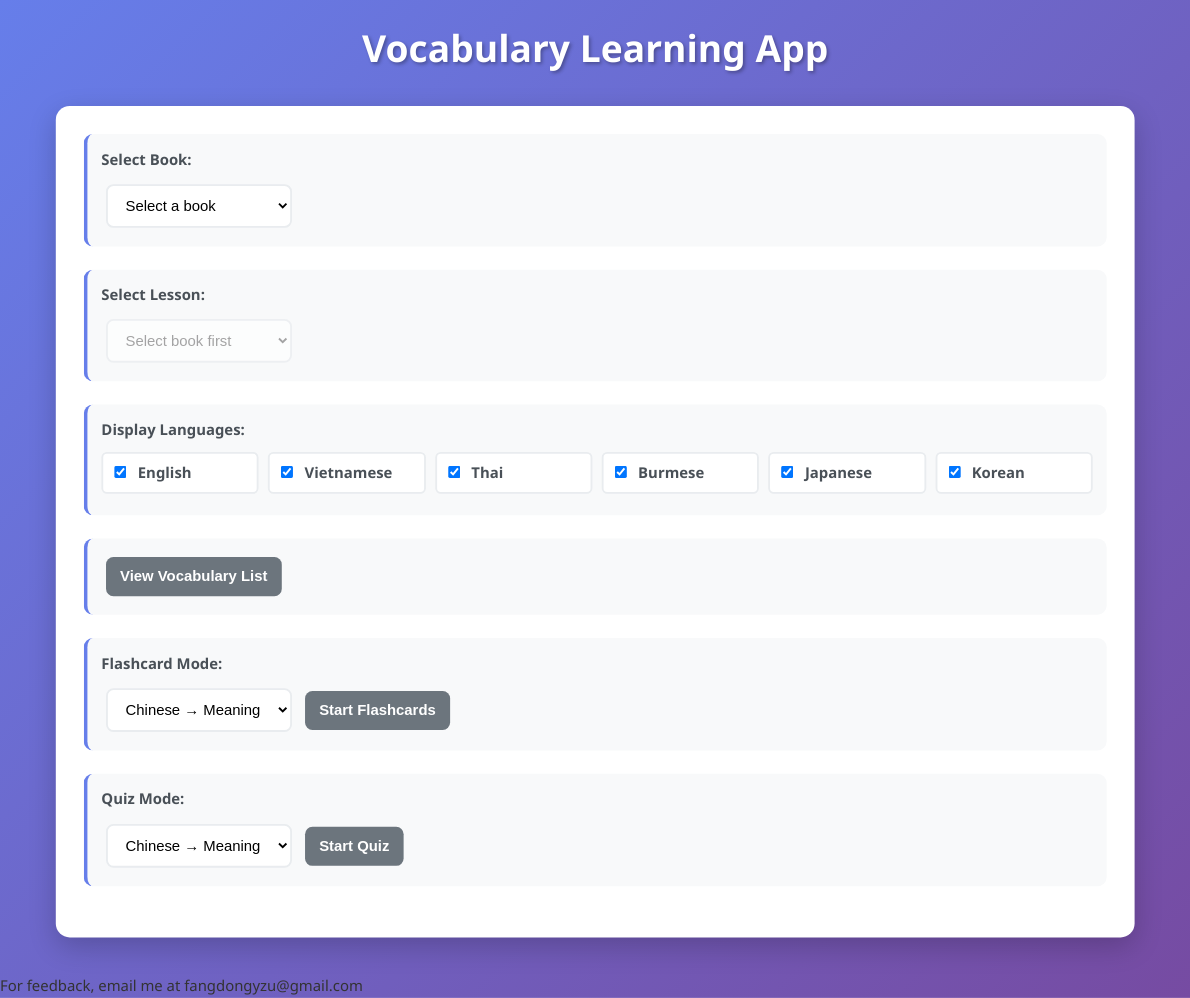
Repository: fangdongyzu/dangdaiflashcards
Page: index.html
These files come from the project's save history. The page is drawn as it stood at one moment and after the next save; the edit follows.
The browser window is 1280 px wide. The pictures show the whole page, at 93% of full size.

Above is the page before, as saved 2025-11-28 09:53:35.

### index.html
<!DOCTYPE html>
<html lang="en">
<head>
    <meta charset="UTF-8">
    <meta name="viewport" content="width=device-width, initial-scale=1.0">
    <title>Vocabulary Learning App</title>
    <link rel="stylesheet" href="style.css">
</head>
<body>
    <div class="container">
        <header>
            <h1>Vocabulary Learning App</h1>
        </header>

        <div id="control-panel">
            <!-- Book and Lesson Selection -->
            <div class="control-group">
                <label for="book-select">Select Book:</label>
                <select id="book-select">
                    <option value="">Select a book</option>
                    <option value="B1">Book 1</option>
                    <option value="B2">Book 2</option>
                    <option value="B3">Book 3</option>
                    <option value="B4">Book 4</option>
                    <option value="B5">Book 5</option>
                    <option value="B6">Book 6</option>
                </select>
            </div>

            <div class="control-group">
                <label for="lesson-select">Select Lesson:</label>
                <select id="lesson-select" disabled>
                    <option value="">Select book first</option>
                </select>
            </div>

            <!-- Language Selection -->
            <div class="control-group">
                <label>Display Languages:</label>
                <div class="language-selection">
                    <label class="checkbox-label">
                        <input type="checkbox" name="language" value="english" checked> English
                    </label>
                    <label class="checkbox-label">
                        <input type="checkbox" name="language" value="vietnamese" checked> Vietnamese
                    </label>
                    <label class="checkbox-label">
                        <input type="checkbox" name="language" value="thai" checked> Thai
                    </label>
                    <label class="checkbox-label">
                        <input type="checkbox" name="language" value="burmese" checked> Burmese
                    </label>
                    <label class="checkbox-label">
                        <input type="checkbox" name="language" value="japanese" checked> Japanese
                    </label>
                    <label class="checkbox-label">
                        <input type="checkbox" name="language" value="korean" checked> Korean
                    </label>
                </div>
            </div>

            <!-- Study Controls -->
            <div class="control-group">
                <button id="view-list-btn" disabled>View Vocabulary List</button>
            </div>

            <div class="control-group">
                <label for="flashcard-mode">Flashcard Mode:</label>
                <select id="flashcard-mode">
                    <option value="chinese-meaning">Chinese → Meaning</option>
                    <option value="meaning-chinese">Meaning → Chinese</option>
                    <option value="pinyin-chinese">Pinyin → Chinese</option>
                </select>
                <button id="start-flashcards-btn" disabled>Start Flashcards</button>
            </div>

            <div class="control-group">
                <label for="quiz-mode">Quiz Mode:</label>
                <select id="quiz-mode">
                    <option value="chinese-meaning">Chinese → Meaning</option>
                    <option value="meaning-chinese">Meaning → Chinese</option>
                    <option value="chinese-pinyin">Chinese → Pinyin</option>
                    <option value="pinyin-chinese">Pinyin → Chinese</option>
                </select>
                <button id="start-quiz-btn" disabled>Start Quiz</button>
            </div>
        </div>

        <!-- Study Area -->
        <div id="study-area" class="hidden">
            <!-- Vocabulary List View -->
            <div id="list-view" class="hidden">
                <div class="study-header">
                    <h2>Vocabulary List - Lesson <span id="current-lesson-display"></span></h2>
                    <button class="exit-btn">← Back to Controls</button>
                </div>
                <div class="table-container">
                    <table id="vocab-table">
                        <thead>
                            <tr>
                                <th>Chinese</th>
                                <th>Pinyin</th>
                                <th>Translations</th>
                            </tr>
                        </thead>
                        <tbody id="vocab-table-body"></tbody>
                    </table>
                </div>
            </div>

            <!-- Flashcard View -->
            <div id="flashcard-view" class="hidden">
                <div class="study-header">
                    <h2>Flashcards - Lesson <span id="fc-lesson-display"></span></h2>
                    <button class="exit-btn">← Back to Controls</button>
                </div>

                <div class="flashcard-container">
                    <div class="progress-bar">
                        <div id="flashcard-progress" class="progress-fill"></div>
                    </div>
                    <div class="progress-text" id="fc-progress">0/0</div>

                    <div id="flashcard" class="flashcard">
                        <div class="card-face card-front">
                            <div id="card-front-content"></div>
                        </div>
                        <div class="card-face card-back">
                            <div id="card-back-content"></div>
                        </div>
                    </div>

                    <div class="flashcard-controls">
                        <button id="prev-btn">Previous</button>
                        <button id="next-btn">Next</button>
                    </div>
                </div>
            </div>

            <!-- Quiz View -->
            <div id="quiz-view" class="hidden">
                <div class="study-header">
                    <h2>Quiz - Lesson <span id="quiz-lesson-display"></span></h2>
                    <button class="exit-btn">← Back to Controls</button>
                </div>

                <div class="quiz-container">
                    <div class="quiz-progress">
                        <div class="progress-bar">
                            <div id="quiz-progress" class="progress-fill"></div>
                        </div>
                    </div>

                    <div class="quiz-stats">
                        <div class="score">Score: <span id="quiz-score">0</span></div>
                    </div>

                    <div class="question-area">
                        <div id="quiz-question" class="question"></div>
                    </div>

                    <div id="quiz-options" class="options-grid"></div>

                    <div id="quiz-feedback" class="feedback"></div>

                    <button id="next-question-btn" class="hidden">Next Question</button>

                    <div id="quiz-result" class="result hidden">
                        <h3>Quiz Complete!</h3>
                        <div id="final-score" class="final-score"></div>
                        <button id="retry-quiz-btn">Try Again</button>
                    </div>
                </div>
            </div>
        </div>
    </div>

    <script src="script.js"></script>
</body>
<footer>
    For feedback, email me at fangdongyzu@gmail.com
</footer>
</html>

### style.css
* {
    margin: 0;
    padding: 0;
    box-sizing: border-box;
}

body {
    font-family: 'Segoe UI', Tahoma, Geneva, Verdana, sans-serif;
    line-height: 1.6;
    color: #333;
    background: linear-gradient(135deg, #667eea 0%, #764ba2 100%);
    min-height: 100vh;
}

.container {
    max-width: 1200px;
    margin: 0 auto;
    padding: 20px;
}

header {
    text-align: center;
    margin-bottom: 30px;
}

header h1 {
    color: white;
    font-size: 2.5rem;
    text-shadow: 2px 2px 4px rgba(0,0,0,0.3);
}

/* Control Panel */
#control-panel {
    background: white;
    border-radius: 15px;
    padding: 30px;
    box-shadow: 0 10px 30px rgba(0,0,0,0.2);
    margin-bottom: 20px;
}

.control-group {
    margin-bottom: 25px;
    padding: 15px;
    background: #f8f9fa;
    border-radius: 10px;
    border-left: 4px solid #667eea;
}

.control-group label {
    display: block;
    margin-bottom: 8px;
    font-weight: 600;
    color: #495057;
}

select, button {
    padding: 12px 15px;
    border: 2px solid #e9ecef;
    border-radius: 8px;
    font-size: 1rem;
    margin: 5px;
    transition: all 0.3s ease;
}

select {
    background: white;
    min-width: 200px;
}

button {
    background: #667eea;
    color: white;
    border: none;
    cursor: pointer;
    font-weight: 600;
}

button:hover:not(:disabled) {
    background: #5a6fd8;
    transform: translateY(-2px);
    box-shadow: 0 5px 15px rgba(0,0,0,0.2);
}

button:disabled {
    background: #6c757d;
    cursor: not-allowed;
    transform: none;
    box-shadow: none;
}

/* Language Selection */
.language-selection {
    display: grid;
    grid-template-columns: repeat(auto-fit, minmax(120px, 1fr));
    gap: 10px;
    margin-top: 10px;
}

.checkbox-label {
    display: flex;
    align-items: center;
    padding: 8px 12px;
    background: white;
    border-radius: 6px;
    border: 2px solid #e9ecef;
    cursor: pointer;
    transition: all 0.3s ease;
}

.checkbox-label:hover {
    border-color: #667eea;
    background: #f8f9ff;
}

.checkbox-label input {
    margin-right: 8px;
}

/* Study Area */
#study-area {
    background: white;
    border-radius: 15px;
    padding: 30px;
    box-shadow: 0 10px 30px rgba(0,0,0,0.2);
}

.study-header {
    display: flex;
    justify-content: space-between;
    align-items: center;
    margin-bottom: 30px;
    padding-bottom: 15px;
    border-bottom: 2px solid #e9ecef;
}

.study-header h2 {
    color: #495057;
    flex: 1;
}

.exit-btn {
    background: #6c757d;
}

.exit-btn:hover {
    background: #5a6268;
}

/* Hidden utility */
.hidden {
    display: none !important;
}

/* Vocabulary List */
.table-container {
    overflow-x: auto;
}

#vocab-table {
    width: 100%;
    border-collapse: collapse;
    background: white;
    border-radius: 10px;
    overflow: hidden;
    box-shadow: 0 5px 15px rgba(0,0,0,0.1);
}

#vocab-table th {
    background: #667eea;
    color: white;
    padding: 15px;
    text-align: left;
    font-weight: 600;
}

#vocab-table td {
    padding: 12px 15px;
    border-bottom: 1px solid #e9ecef;
}

#vocab-table tr:hover {
    background: #f8f9ff;
}

.chinese-cell {
    font-family: 'Microsoft YaHei', 'SimHei', sans-serif;
}

/* Flashcards - UPDATED FOR TOP-DOWN FLIP */
.flashcard-container {
    max-width: 500px;
    margin: 0 auto;
    text-align: center;
}

.progress-bar {
    width: 100%;
    height: 8px;
    background: #e9ecef;
    border-radius: 4px;
    margin-bottom: 10px;
    overflow: hidden;
}

.progress-fill {
    height: 100%;
    background: #28a745;
    transition: width 0.3s ease;
}

.progress-text {
    margin-bottom: 30px;
    color: #6c757d;
    font-weight: 600;
}

.flashcard {
    width: 100%;
    height: 300px;
    perspective: 1000px;
    margin: 0 auto 30px;
    cursor: pointer;
}

.card-face {
    position: absolute;
    width: 100%;
    height: 100%;
    backface-visibility: hidden;
    border-radius: 15px;
    padding: 30px;
    display: flex;
    align-items: center;
    justify-content: center;
    box-shadow: 0 10px 30px rgba(0,0,0,0.1);
    transition: transform 0.6s ease;
}

.card-front {
    background: linear-gradient(135deg, #667eea 0%, #764ba2 100%);
    color: white;
    transform: rotateX(0deg);
}

.card-back {
    background: white;
    color: #333;
    transform: rotateX(180deg);
    border: 3px solid #667eea;
}

/* Changed from rotateY to rotateX for top-down flip */
.flashcard.flipped .card-front {
    transform: rotateX(180deg);
}

.flashcard.flipped .card-back {
    transform: rotateX(0deg);
}

.chinese-text {
    font-size: 3rem;
    font-weight: bold;
    font-family: 'Microsoft YaHei', 'SimHei', sans-serif;
}

.pinyin-text {
    font-size: 2rem;
    color: #666;
    margin-bottom: 20px;
}

.meaning-grid {
    display: grid;
    grid-template-columns: 1fr;
    gap: 10px;
    text-align: left;
    width: 100%;
}

.meaning-item {
    padding: 8px 12px;
    background: #f8f9fa;
    border-radius: 6px;
    border-left: 3px solid #667eea;
}

.meaning-label {
    font-weight: bold;
    color: #667eea;
    margin-right: 8px;
}

.flashcard-controls {
    display: flex;
    justify-content: center;
    gap: 15px;
}

/* Quiz - UPDATED FOR NEXT BUTTON POSITION */
.quiz-container {
    max-width: 800px;
    margin: 0 auto;
    position: relative;
}

.quiz-progress {
    margin-bottom: 20px;
}

.quiz-stats {
    text-align: center;
    margin-bottom: 30px;
}

.score {
    font-size: 1.2rem;
    font-weight: bold;
    color: #667eea;
}

.question {
    font-size: 2rem;
    text-align: center;
    margin-bottom: 30px;
    padding: 30px;
    background: #f8f9fa;
    border-radius: 10px;
    border-left: 4px solid #667eea;
}

.options-grid {
    display: grid;
    grid-template-columns: repeat(auto-fit, minmax(300px, 1fr));
    gap: 15px;
    margin-bottom: 20px;
}

.quiz-option {
    padding: 20px;
    background: white;
    border: 2px solid #e9ecef;
    border-radius: 10px;
    cursor: pointer;
    transition: all 0.3s ease;
    text-align: center;
}

.quiz-option:hover {
    border-color: #667eea;
    transform: translateY(-2px);
    box-shadow: 0 5px 15px rgba(0,0,0,0.1);
}

.quiz-option.correct {
    background: #d4edda;
    border-color: #28a745;
    color: #155724;
}

.quiz-option.incorrect {
    background: #f8d7da;
    border-color: #dc3545;
    color: #721c24;
}

.feedback {
    min-height: 50px;
    margin-bottom: 20px;
}

/* Next Question Button - Positioned to the right */
#next-question-btn {
    display: block;
    margin-left: auto;
    margin-right: 0;
    min-width: 150px;
}

.result {
    text-align: center;
    padding: 40px;
}

.final-score {
    font-size: 3rem;
    font-weight: bold;
    color: #667eea;
    margin: 20px 0;
}

/* Responsive */
@media (max-width: 768px) {
    .container {
        padding: 10px;
    }

    .control-group {
        padding: 10px;
    }

    .language-selection {
        grid-template-columns: 1fr 1fr;
    }

    .chinese-text {
        font-size: 2rem;
    }

    .pinyin-text {
        font-size: 1.5rem;
    }

    .flashcard {
        height: 250px;
    }

    .options-grid {
        grid-template-columns: 1fr;
    }

    .study-header {
        flex-direction: column;
        gap: 15px;
        text-align: center;
    }

    #next-question-btn {
        margin: 0 auto;
        width: 100%;
    }
}

Loaded but not shown: script.js (643 lines, source omitted)

After the next save:
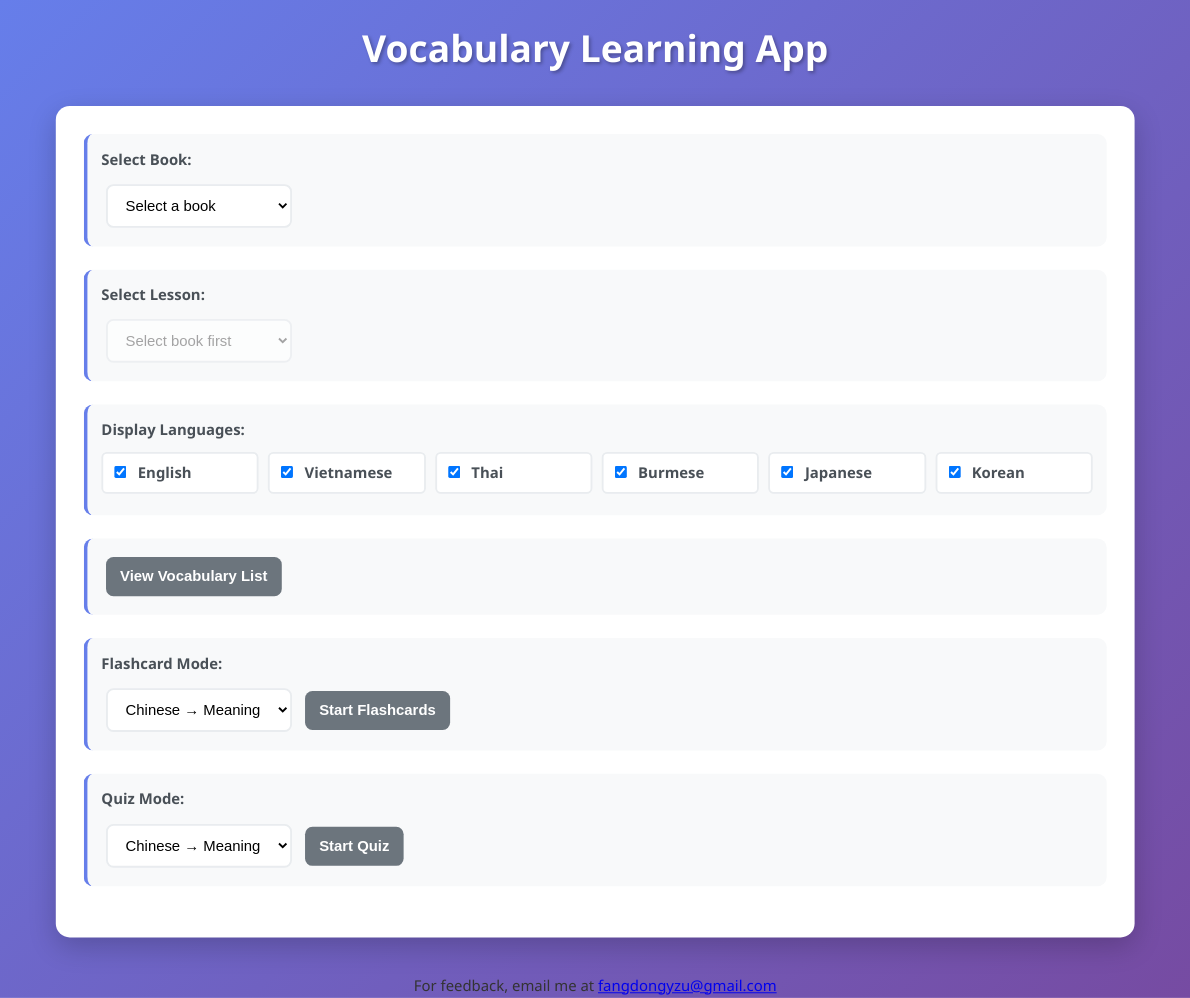
Saved 91 s later.
--- a/index.html
+++ b/index.html
@@ -177,7 +177,7 @@
 
     <script src="script.js"></script>
 </body>
-<footer>
-    For feedback, email me at fangdongyzu@gmail.com
+<footer style="text-align: center;">
+    For feedback, email me at <a href="mailto:fangdongyzu@gmail.com">fangdongyzu@gmail.com</a>
 </footer>
 </html>
